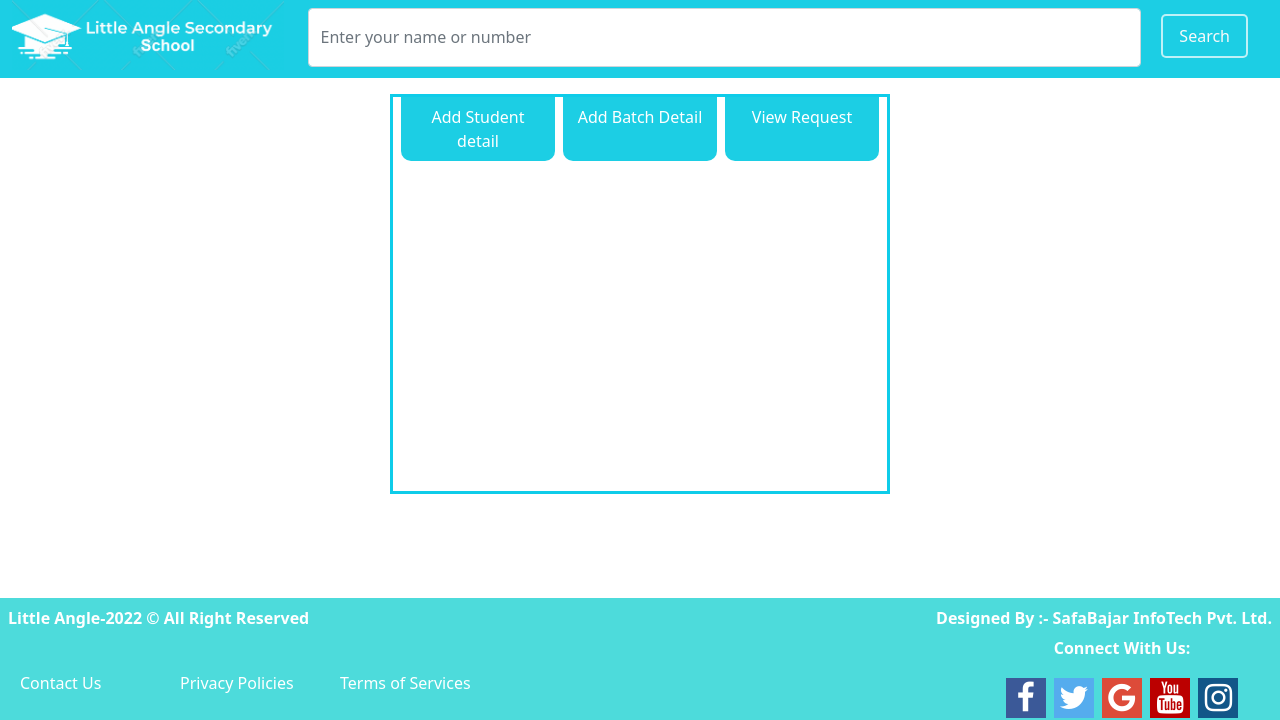
Repository: Sjuicyy/School-Project
Page: home2.html
These files come from the project's save history. The page is drawn as it stood at one moment and after the next save; the edit follows.
The browser window is 1280 px wide. The pictures show the whole page.

Above is the page before, as saved 2022-09-18 14:33:33.

### home2.html
<!doctype html>
<html lang="en">

<head>
    <!-- Required meta tags -->
    <meta charset="utf-8">
    <meta name="viewport" content="width=device-width, initial-scale=1">

    <!-- Bootstrap CSS -->
    <link href="https://cdn.jsdelivr.net/npm/bootstrap@5.0.2/dist/css/bootstrap.min.css" rel="stylesheet"
        integrity="sha384-EVSTQN3/azprG1Anm3QDgpJLIm9Nao0Yz1ztcQTwFspd3yD65VohhpuuCOmLASjC" crossorigin="anonymous">

    <link rel="stylesheet" href="https://cdnjs.cloudflare.com/ajax/libs/font-awesome/4.7.0/css/font-awesome.min.css">


    <style>
        .row0 div {
            width: auto;
            display: flex;
        }

        .img {
            height: 70px;
            width: 100%;
        }


        .btn1:hover {
            background-color: rgb(38, 178, 196);
        }


        .modalfloat {
            border: 3px solid rgb(14, 204, 233);
            margin: auto;
            width: 500px;
            min-height: 400px;
        }

        .addbtn:hover {
            background-color: rgba(20, 192, 219, 0.576);
        }
        .footer {
            background-color: rgb(77, 219, 219);
            color: rgb(255, 255, 255);
        }
        .footer::-webkit-scrollbar {
            display: none;
        }
        .fb {

            width: 160px
        }

        .fa {
            font-size: xx-large;
            padding: 4px;
            margin: 2px;
            width: 40px;
            text-decoration: none;
        }

        .fa-facebook {
            background: #3B5998;
            color: white;
        }

        .fa-twitter {
            background: #55ACEE;
            color: white;
        }

        .fa-google {
            background: #dd4b39;
            color: white;
        }

        .fa-youtube {
            background: #bb0000;
            color: white;
        }

        .fa-instagram {
            background: #125688;
            color: white;
        }

        .bd {
            border: 1px solid rgb(14, 204, 233);
        }

        .color {
            background-color: rgb(28, 206, 228);
        }

        .btn1 {
            margin: 20px;
            margin-top: 14px;
            border: 2px solid rgba(255, 255, 255, 0.715);
            border-radius: 5px;
        }

        a {
            text-decoration: none;
            color: white;
        }

        a:hover {
            color: rgb(10, 15, 57);
        }

        .action_border {
            border-bottom-right-radius: 10px;
            border-bottom-left-radius: 10px;
        }
        .action_border1 {
            border-top-right-radius: 10px;
            border-top-left-radius: 10px;
        }

        [id^=modal] {
            display: none;
        }

        #modal1:target {
            display: block;
        }

        #modal2:target {
            display: block;
        }
    </style>
    <title>Little Angle School</title>
</head>

<body>
    <!-- heading start -->
    <div class="container-fluid text-center">
        <div class="row row0 color">
            <div class="col-3">
                <a href="pages.html">
                    <img class="img" src="/school.png" alt="">
                </a>
            </div>
            <div class="col">
                <input class="form-control mt-2 h-75 " type="search" placeholder="Enter your name or number "
                    aria-label="Search">
                <button class="btn1 color  text-light px-3 p-2" type="submit">Search</button>
                </form>
            </div>
        </div>

        <!-- heading end -->

        <!-- modal body start -->

        <!-- action start  -->

        <form class="modalfloat mt-3">
            <div class="row mx-1 ">
                <div class="col p-2 mx-1 text-light color action_border"><a href="#modal1">Add Student detail</a></div>
                <div class="col p-2 mx-1 text-light color action_border"><a href="#modal2">Add Batch Detail</a></div>
                <div class="col p-2 mx-1 text-light color action_border"><a href="">View Request</a></div>
            </div>




            <!-- action end  -->


            <!-- modal 1 start  -->


            <div id="modal1">
                <div class="m-3">
                    <div>
                        <p class="h2 p-1 text-light color action_border1">Add Student name</p>
                    </div>
                    <div>
                        <label for="name" class="form-label float-start">ID</label>
                        <input type="number" class="form-control" name="Id" id="id">
                    </div>
                    <div class="col-12">
                        <label for="name" class="form-label float-start">Full Name</label>
                        <input type="text" class="form-control" id="name">
                    </div>
                    <div class="col-md-12">
                        <label for="class" class="form-label float-start">Class</label>
                        <input type="number" class="form-control" id="class">
                    </div>
                    <div class="col-md-12">
                        <label for="email" class="form-label float-start">Email</label>
                        <input type="email" class="form-control" id="email">
                    </div>
                    <div class="col-12">
                        <label for="gname" class="form-label float-start">Guardian Name</label>
                        <input type="text" class="form-control" id="guardianname">
                    </div>
                    <div class="col-12">
                        <label for="address" class="form-label float-start">Address</label>
                        <input type="text" class="form-control" id="inputAddress" placeholder="Lagankhel-5, Lalitpur">
                    </div>
                    <div class="col-1 mt-4">
                        <input type="file" id="photo" name="photo" accept="image/*">
                    </div>
                    <div class="col-md-6 mt-3">
                        <label for="dob" class="form-label float-start">Date of Birth</label>
                        <input type="date" class="form-control" id="dob">
                    </div>

                    <div class="col-12">
                        <div class="form-check">
                            <button type="submit" class="btn btn-primary col-12 mt-3 color addbtn p-2">Add</button>
                        </div>
                    </div>
                </div>
            </div>




            <!-- modal 1 end  -->



            <!-- modal2 start -->


            <div id="modal2">
                <div class="m-3">

                    <div>
                        <p class="h2 p-1 text-light color action_border1">Add Batch Detail</p>

                    </div>
                    <div class="col-12 ">
                        <label for="name" class="form-label float-start">ID</label>
                        <input type="number" class="form-control" id="id" placeholder="">
                    </div>
                    <div class="col-md-12">
                        <label for="name" class="form-label float-start">Full Name</label>
                        <input type="text" class="form-control" id="name">
                    </div>
                    <div class="col-md-12">
                        <label for="email" class="form-label float-start">Email</label>
                        <input type="email" class="form-control" id="email">
                    </div>
                    <div class="col-12">
                        <label for="gname" class="form-label float-start">Passed Year</label>
                        <input type="text" class="form-control" id="guardianname">
                    </div>
                    <div class="col-12">
                        <div class="form-check">
                            <button type="submit" class="btn btn-primary col-12 mt-3 color addbtn p-2">Add</button>
                        </div>
                    </div>
                </div>
            </div>


            <!-- modal 2 end -->

        </form>






        <!-- footer start -->


        <div class="footer mt-2 fixed-bottom">
            <div class="row ">
                <div class="col mx-2 mt-2" style="text-align:left"> <b>Little Angle-2022 © All Right Reserved</b> </div>
                <div class="col mx-2 mt-2" style="text-align:right">
                    <p> <b>Designed By :- SafaBajar InfoTech Pvt. Ltd.</b> </p>
                </div>
            </div>
            <div class="row mx-2">
                <div class="col-2  fb" style="text-align:left;margin-top:25px">Contact Us</div>
                <div class="col-2  fb" style="text-align:left;margin-top:25px">Privacy Policies</div>
                <div class="col-2  fb" style="text-align:left;margin-top:25px">Terms of Services</div>
                <div class="col  fb" style="text-align:left"></div>
                <div class="col-6 fb" style="text-align:center;width:300px">
                    <p style="margin-top: -10px;"> <b>Connect With Us:</b> </p>
                    <a href="https:/.facebook.com/search/top?q=safabazar%20private%20limited" class="fa fa-facebook"
                        style="text-align:center;margin-top:-10px"></a>
                    <a href="#" class="fa fa-twitter"></a>
                    <a href="#" class="fa fa-google"></a>
                    <a href="#" class="fa fa-youtube"></a>
                    <a href="#" class="fa fa-instagram"></a>
                </div>
            </div>

        </div>

    </div>

    </div>












    <!-- Optional JavaScript; choose one of the two! -->

    <!-- Option 1: Bootstrap Bundle with Popper -->
    <script src="https://cdn.jsdelivr.net/npm/bootstrap@5.0.2/dist/js/bootstrap.bundle.min.js"
        integrity="sha384-MrcW6ZMFYlzcLA8Nl+NtUVF0sA7MsXsP1UyJoMp4YLEuNSfAP+JcXn/tWtIaxVXM"
        crossorigin="anonymous"></script>

    <!-- Option 2: Separate Popper and Bootstrap JS -->
    <!--
    <script src="https://cdn.jsdelivr.net/npm/@popperjs/core@2.9.2/dist/umd/popper.min.js" integrity="sha384-IQsoLXl5PILFhosVNubq5LC7Qb9DXgDA9i+tQ8Zj3iwWAwPtgFTxbJ8NT4GN1R8p" crossorigin="anonymous"></script>
    <script src="https://cdn.jsdelivr.net/npm/bootstrap@5.0.2/dist/js/bootstrap.min.js" integrity="sha384-cVKIPhGWiC2Al4u+LWgxfKTRIcfu0JTxR+EQDz/bgldoEyl4H0zUF0QKbrJ0EcQF" crossorigin="anonymous"></script>
    -->
</body>

</html>

After the next save:
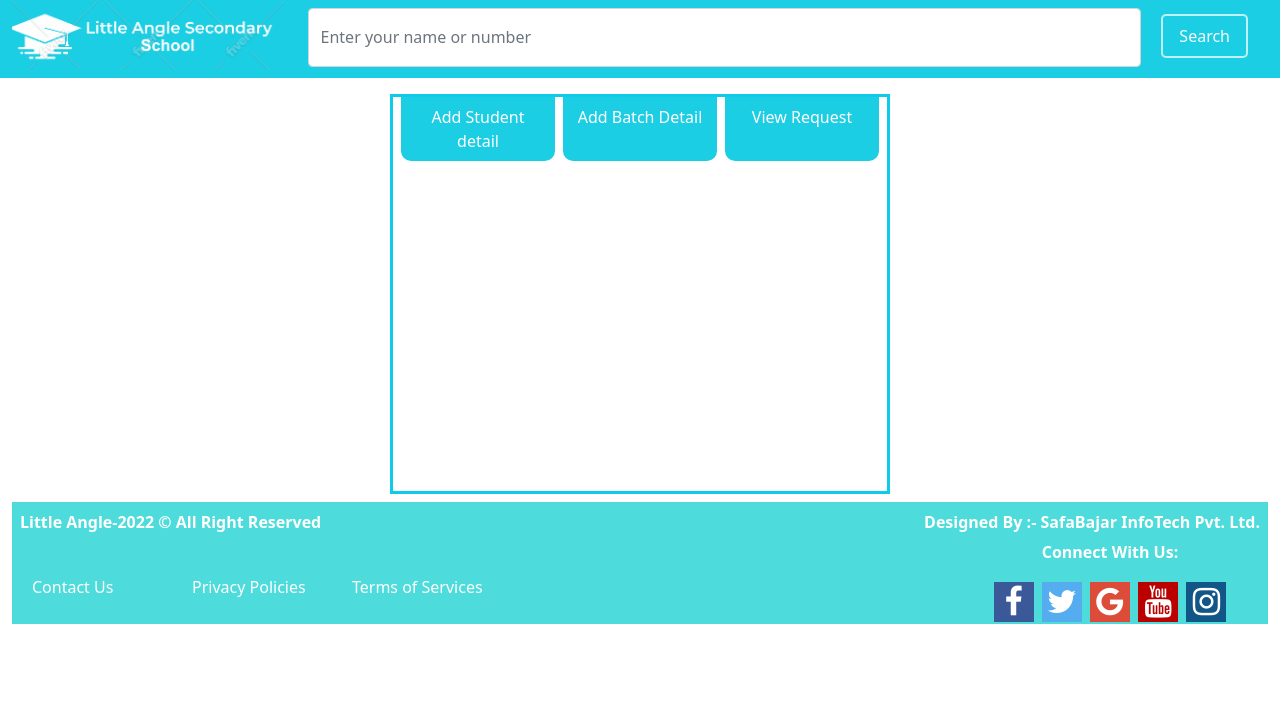
Saved 5 s later.
--- a/home2.html
+++ b/home2.html
@@ -271,7 +271,7 @@
         <!-- footer start -->
 
 
-        <div class="footer mt-2 fixed-bottom">
+        <div class="footer mt-2 fixed-botto">
             <div class="row ">
                 <div class="col mx-2 mt-2" style="text-align:left"> <b>Little Angle-2022 © All Right Reserved</b> </div>
                 <div class="col mx-2 mt-2" style="text-align:right">
